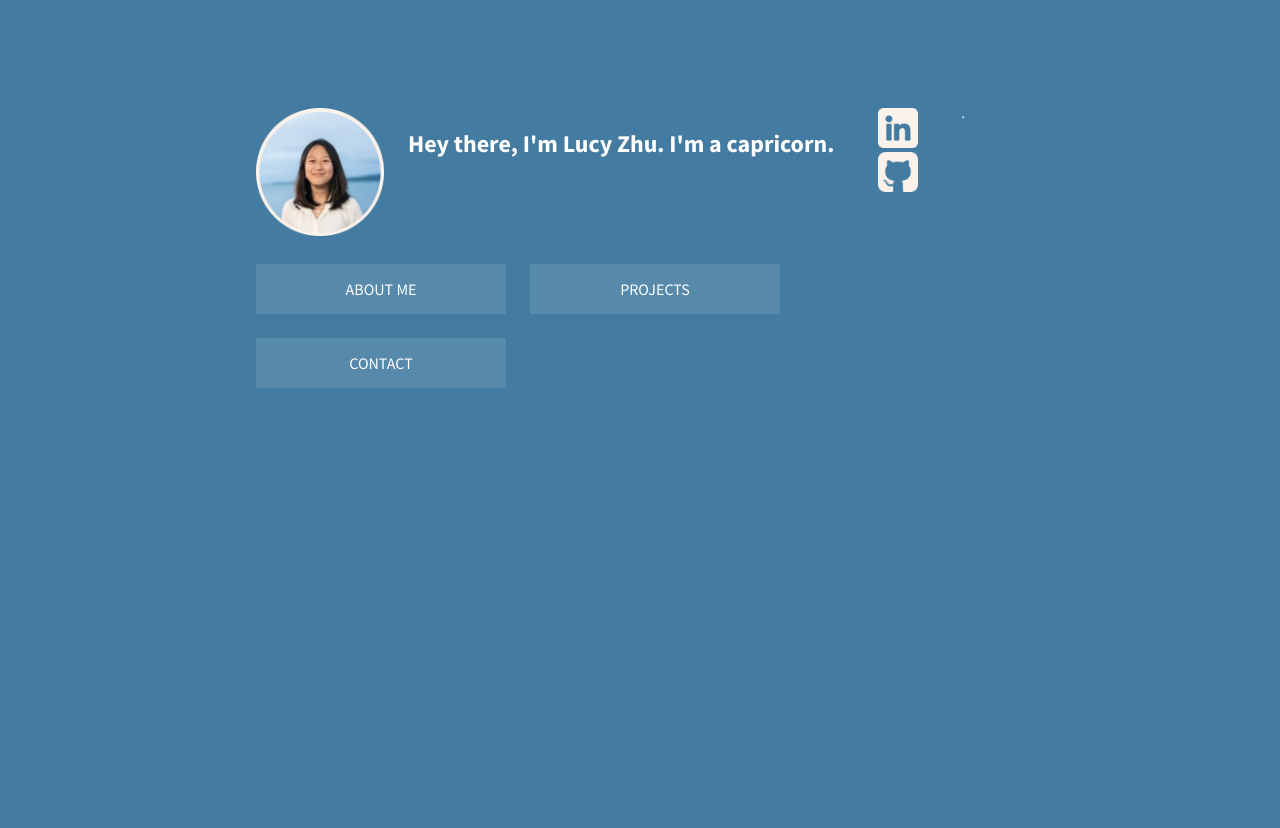
Repository: lukisoo/lukisoo-portfolio
Page: /
An editor plug-in stored every save of this project. The page is shown before and after the next save, followed by the edit.
The browser window is 1280 px wide. The pictures show the whole page.
The project was rebuilt for these pictures with package versions that can differ from the ones it lists, and the page was loaded fresh each time.

Above is the page before, as saved 2022-07-31 05:19:21.

After the next save:
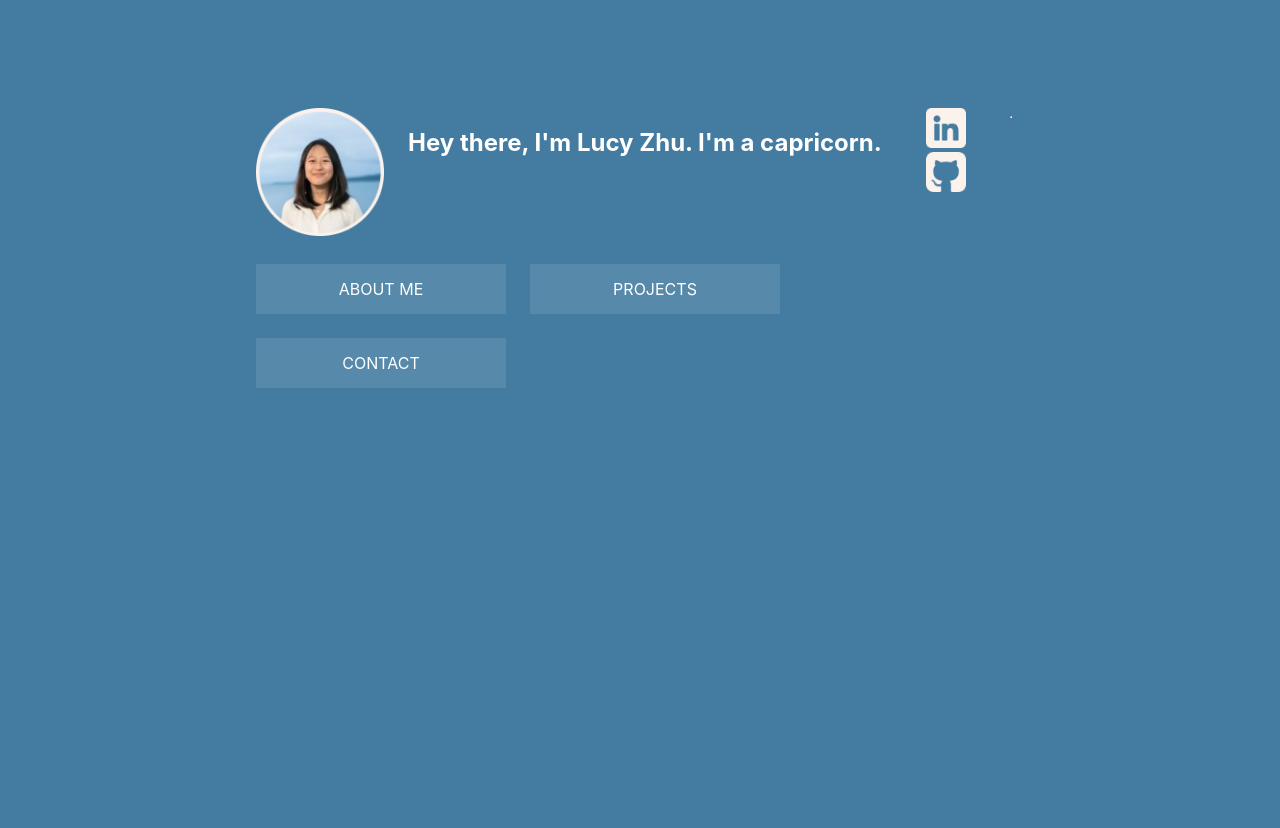
Saved 5 min 45 s later.
--- a/src/index.css
+++ b/src/index.css
@@ -9,7 +9,7 @@ body {
   -moz-osx-font-smoothing: grayscale;
   background-color: #447BA1;
   color: white;
-  font-family: 'Source Sans Pro', sans-serif;
+  /* font-family: 'Source Sans Pro', sans-serif; */
 }
 
 code {
